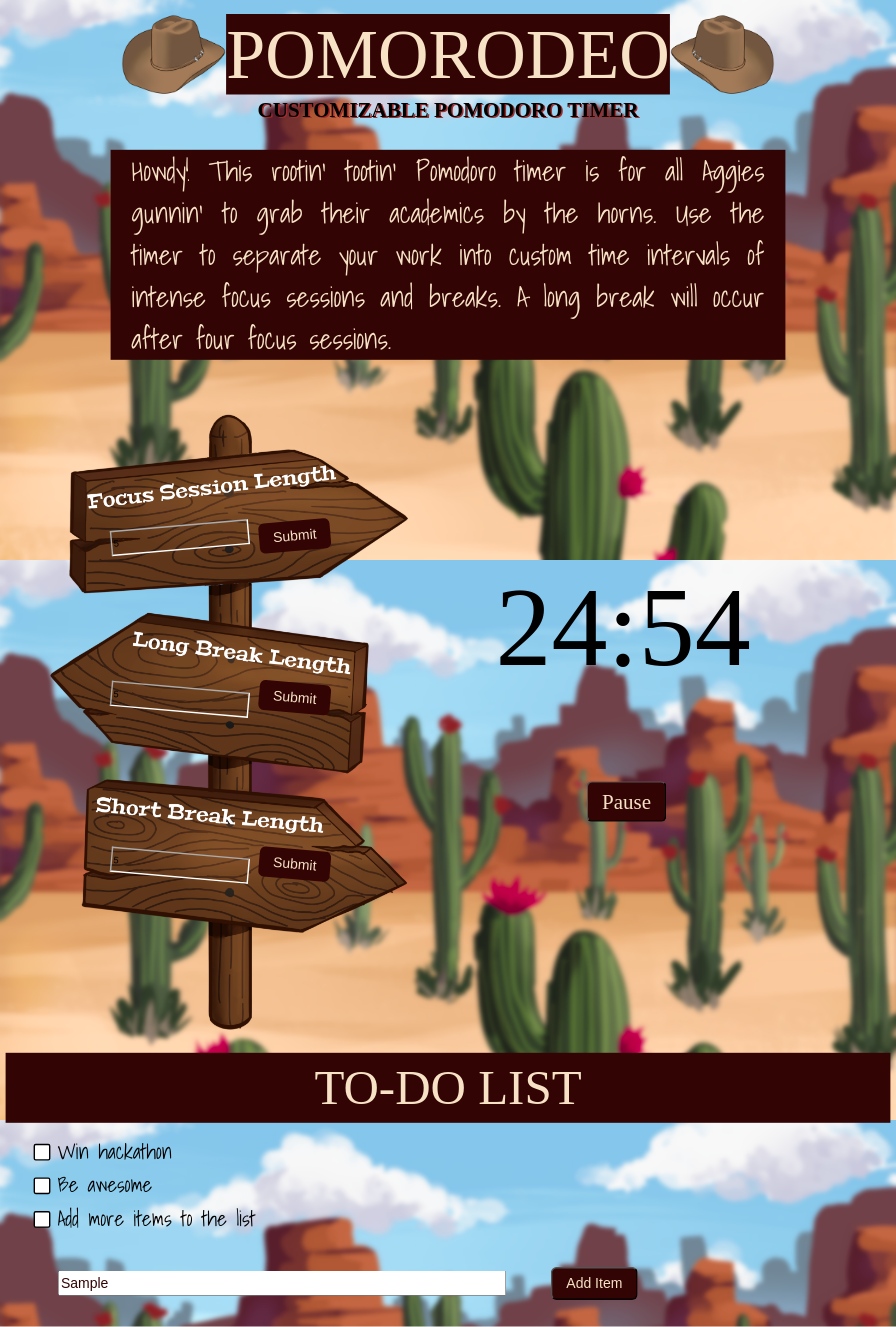
Repository: riya10483/pomodoro
Page: pomorodeo.html
An editor plug-in stored every save of this project. The page is shown before and after the next save, followed by the edit.
The browser window is 1280 px wide. The pictures show the whole page, at 70% of full size.
Empty fields were first filled with sample values (such as "Sample", 5 or name@example.com).
After loading, the first visible `#submit1` was clicked once.
Backgrounds fixed to the window are drawn as part of the page. Some web fonts or font styles are not loaded; a fallback is used.

Above is the page before, as saved 2024-09-29 05:04:16.
Console error: SyntaxError: Identifier 'startTiming' has already been declared

### pomorodeo.html
<!DOCTYPE html>
<html lang="en">

<head>
    <meta charset="UTF-8">
    <style>
        @import url('https://fonts.googleapis.com/css2?family=Rye&display=swap');
    </style>
    <style>
        @import url('https://fonts.googleapis.com/css2?family=Shadows+Into+Light&display=swap');
    </style>
    <style>
        @import url('https://fonts.googleapis.com/css2?family=Peralta&family=Rye&display=swap');
    </style>
    <link id="style" rel="stylesheet" href="pomorodeo.css">
    <meta name="viewport" content="width=device-width, initial-scale=1.0">
    <title>Pomorodeo</title>
</head>


<body>
    <div class="header">
        <img src="cowboyhat.png" id="cowboy-hat" alt="Cowboy Hat" width="150px">
        <h1 class="title">POMORODEO</h1>
        <img src="cowboyhat.png" id="cowboy-hat-2" alt="Cowboy Hat" width="150px">
    </div>

    <h2 class="heading">CUSTOMIZABLE POMODORO TIMER</h2>
    <p class="paragraph">Howdy! This rootin' tootin' Pomodoro timer is for all
        Aggies gunnin' to grab their academics by the horns. Use the timer to separate your work into
        custom time intervals of intense focus sessions and breaks. A long break will occur after four
        focus sessions.
    </p>

    <div class="image-and-text">
        <img src="wood.png" id="wooden-sign" alt="Wild West Sign" width="650px">
        <div class="top-align">
            <p id="timer" class="timer_border">Timer</p>
        </div>
    </div>

    <div class="sign-labels"></div>
        <input type="number" id="time1" placeholder="Enter time"></input>
        <button id="submit1" onclick="chooseTime()">Submit</button>
        <br>
        <input type="number" id="time2" placeholder="Enter time" onclick="chooseTime()"></input>
        <button id="submit2" onclick="chooseTime()">Submit</button>
        <br>
        <input type="number" id="time3" placeholder="Enter time" onclick="chooseTime()"></input>
        <button id="submit3" onclick="chooseTime()">Submit</button>
    </div>

    <div class="control-buttons">
        <button onclick="pause()">
              Pause
          </button>
    </div>

<div id="todo">TO-DO LIST</div>
    <ul id="checklist">
        <li><input type="checkbox" id="item1"><label for="item1">Win hackathon</label></li>
        <li><input type="checkbox" id="item2"><label for="item2">Be awesome</label></li>
        <li><input type="checkbox" id="item3"><label for="item3">Add more items to the list</label></li>
    </ul>

    <input type="text" id="newItemText" placeholder="Enter new item">
    <button onclick="addItem()">Add Item</button>

    <script src="functions.js"></script>

</body>
<script src="functions.js"></script>


</html>

### pomorodeo.css
/* {
    background-color:burlywood;
    border: 0px;
    margin: 0px;
    font-family: "Shadows Into Light";
    font-size: 30px;
}*/
#todo {
    color:rgb(247, 226, 198);
    padding: 10px;
    background-color:rgb(50, 4, 4);
    text-align: center;
    font-family: Rye;
    font-size: 70px;
    border: 0px;
    margin: 0px;
}

li {
    font-size: 30px;
    font-family: "Shadows Into Light";
    list-style: none;
}

input {
    width: 30px;
    height: 30px;
    margin: 15px 30px;
}

/* Hide the default checkbox */
input[type="checkbox"] {
    display: none;
}

/* Create a custom checkbox appearance */
input[type="checkbox"] + label:before {
    content: '';
    display: inline-block;
    width: 20px;
    height: 20px;
    margin-right: 10px;
    border: 2px solid #000;
    border-radius: 3px;
    background-color: white;
    vertical-align: middle;
}

/* Change appearance when checkbox is checked */
input[type="checkbox"]:checked + label:before {
    background-color: rgb(50, 4, 4);
    border-color: rgb(50, 4, 4);
    content: '✓';
    color: rgb(247, 226, 198);
    text-align: center;
    font-size: 18px;
    line-height: 20px;
}

/* Strike-through on label text when checkbox is checked */
input[type="checkbox"]:checked + label {
    text-decoration: line-through;
    color: rgb(176, 141, 94);
}

#newItemText {
    width: 50%;
    font-size: 20px;
    margin-left: 75px;
    color: rgb(50, 4, 4);
}

button {
    background-color: rgb(50, 4, 4);
    color: rgb(247, 226, 198);
    padding: 10px 20px;
    border-radius: 8px;
    font-size: 20px;
    margin: 30px;
}

.header {
    display: flex;
    align-items: center;
    justify-content: center;
    margin-top: 20px;

}

#cowboy-hat {
    -webkit-transform: scaleX(-1);
    -moz-transform: scaleX(-1);
    -o-transform: scaleX(-1);
    transform: scaleX(-1);
}

.title {
    font-family: "Rye", serif;
    font-size: 100px;
    font-weight: 400;
    font-style: normal;
    text-align: center;
    padding-top: 0;
    padding-bottom: 0px;
    margin-top: 0px;
    margin-bottom: 0px;
    background-color:rgb(50, 4, 4);
    color: rgb(247, 226, 198);
}

.heading {
    font-family: "Peralta", serif;
    font-size: 30px;
    margin-top: 5px;
    text-align: center;
    text-shadow: 2px 2px brown;
}

.paragraph {
    font-family: "Shadows Into Light", serif;
    font-size: 40px;
    text-align: justify;
    color:rgb(247, 226, 198);
    padding-left: 30px;
    padding-right: 30px;
    line-height: 1.5;
    background-color: rgb(50, 4, 4);
    margin-left: 150px;
    margin-right: 150px;
}

.timer_border{
  width: 320px;
  height: 50px;
  /*padding: 10px;*/
  /*border: 5px solid gray;*/
  margin: 0;
}

#timerTitle{
    font-size: 50px;
    font-family: Rye;
    font-weight: normal;
}

#timer {
    font-size: 10em;
    font-family: Rye;
    text-align: center;
    margin-left: 50px;
    margin-top: 250px;
}

.image-and-text {
    display: flex;
    align-items: left;
    margin-bottom: 0;
}

body{
    background-image: url(blurbackground.png);
    background-repeat: no-repeat;
    background-position: center;
    background-attachment: fixed;
    background-size: cover;
}

.control-buttons {
    margin-left: 800px;
    margin-top: -200px;
    margin-bottom: 300px;
    justify-content: space-evenly;
}

.control-buttons button {
    font-family: "Peralta", serif;
    font-weight: 400;
    font-style: normal;
    font-size: 30px;
}

.sign-labels {
    margin-top: -750px;
    margin-bottom: 0px;
}

#time1 {
    margin-left: 150px;
    background-color: transparent;
    border-color: white;
    width: 15%;
    transform: rotate(-5deg);
}

#submit1 {
    margin-left: -20px;
    margin-top: -60px;
    margin-bottom: 0;
    padding-bottom: 0;
    transform: rotate(-5deg);
    border: none;
    padding-bottom: 10px;
}

#time2 {
    margin-left: 150px;
    margin-top: 180px;
    width: 15%;
    background-color: transparent;
    border-color: white;
    transform: rotate(5deg);
}

#submit2 {
    margin-left: -20px;
    margin-top: 0px;
    transform: rotate(5deg);
    border: none;
    padding-bottom: 10px;
}

#time3 {
    margin-left: 150px;
    margin-top: 170px;
    width: 15%;
    background-color: transparent;
    border-color: white;
    transform: rotate(5deg);
}

#submit3 {
    margin-left: -20px;
    margin-top: -40px;
    transform: rotate(5deg);
    border: none;
    padding-bottom: 10px;
}

### functions.js

// setInterval(function () {
//     seconds -= 1
//     let timerElement = document.getElementById("timer")
//     timerElement.innerHTML = seconds

// }, 1000);

let startTiming = 25
let time = startTiming * 60
let paused = false;

const count = document.getElementById("timer")

let interval = setInterval(updateTimer, 1000)
function updateTimer(){
    const minutes = Math.floor(time/60)
    let seconds = time % 60

    //condition ? do this : do that
    seconds  = seconds < 10 ?  '0' + seconds : seconds
    count.innerHTML = `${minutes}:${seconds}`
    time--

    if (time <= -1)
    {
        clearInterval(interval)
        time = -1
    }
}

updateTimer()

let itemCount = 3;

function addItem() {
    const itemText = document.getElementById('newItemText').value;
    if (itemText.trim() !== "") {
        itemCount++;

        // Create a new list item
        const newListItem = document.createElement('li');

        // Create a new checkbox input
        const newCheckbox = document.createElement('input');
        newCheckbox.type = 'checkbox';
        newCheckbox.id = 'item' + itemCount;

        // Create a label for the checkbox
        const newLabel = document.createElement('label');
        newLabel.setAttribute('for', newCheckbox.id);
        newLabel.textContent = itemText;

        // Append checkbox and label to the list item
        newListItem.appendChild(newCheckbox);
        newListItem.appendChild(newLabel);

        // Append the new list item to the checklist
        document.getElementById('checklist').appendChild(newListItem);

        // Clear the input field after adding the item
        document.getElementById('newItemText').value = "";
    } else {
        alert("Please enter a valid item.");
    }
}

function pause() {
    const pauseButton = document.querySelector('.control-buttons button');
    paused = !paused;

    if(paused) {
        clearInterval(interval);
        pauseButton.textContent = 'Resume';
    }
    else {
        startTimer();
        pauseButton.textContent = 'Pause';
    }
}

function startTimer() {
    interval = setInterval(updateTimer, 1000);
}

function chooseTime() {
    const focusLength = document.getElementById('time1').value;
    const longBreak = document.getElementById('time2').value;
    const shortBreak = document.getElementById('time3').value;
    startTiming = focusLength;

}

After the next save:
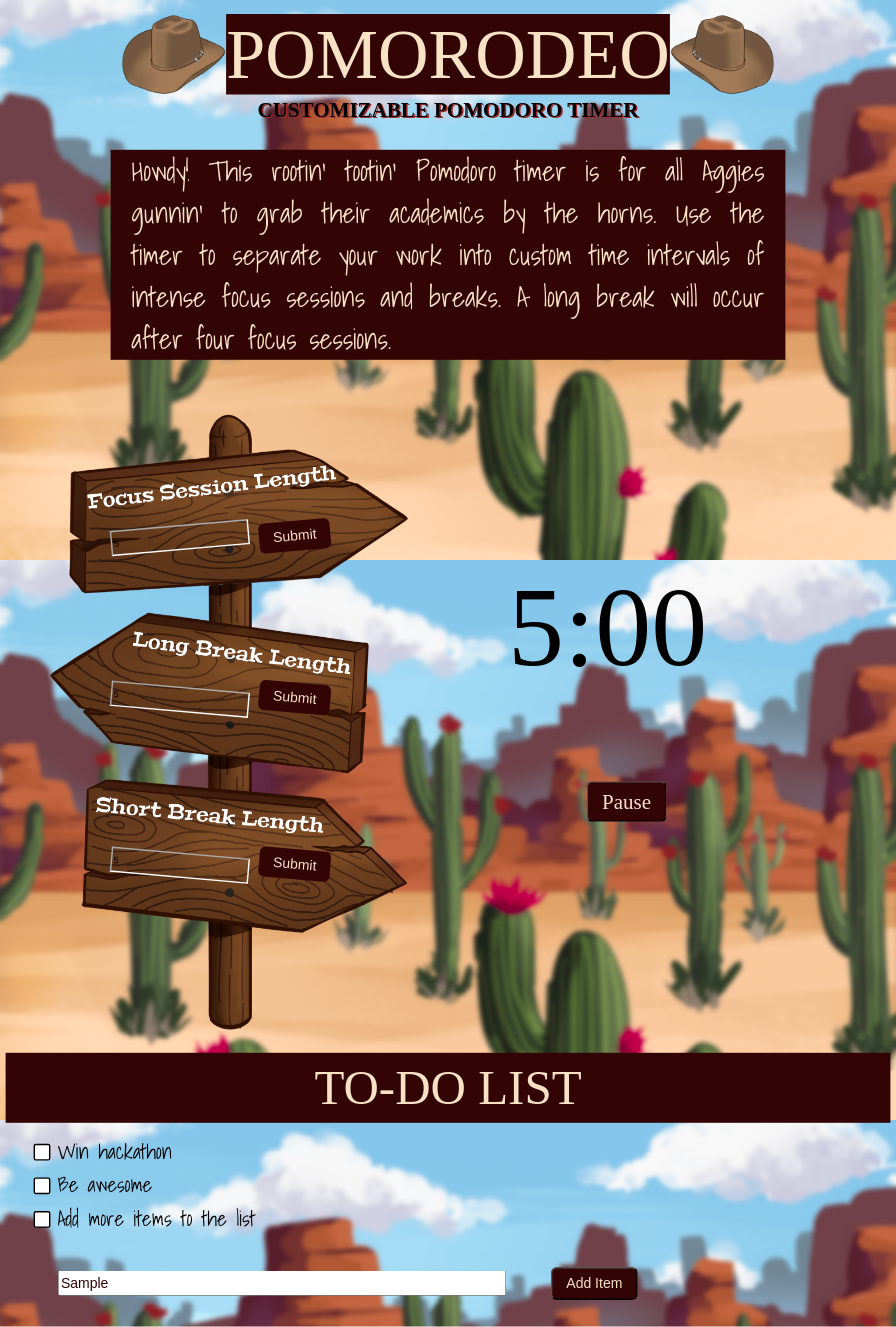
Saved 55 s later.
--- a/functions.js
+++ b/functions.js
@@ -88,5 +88,7 @@ function chooseTime() {
     const longBreak = document.getElementById('time2').value;
     const shortBreak = document.getElementById('time3').value;
     startTiming = focusLength;
+    time = startTiming * 60
+
 
 }
